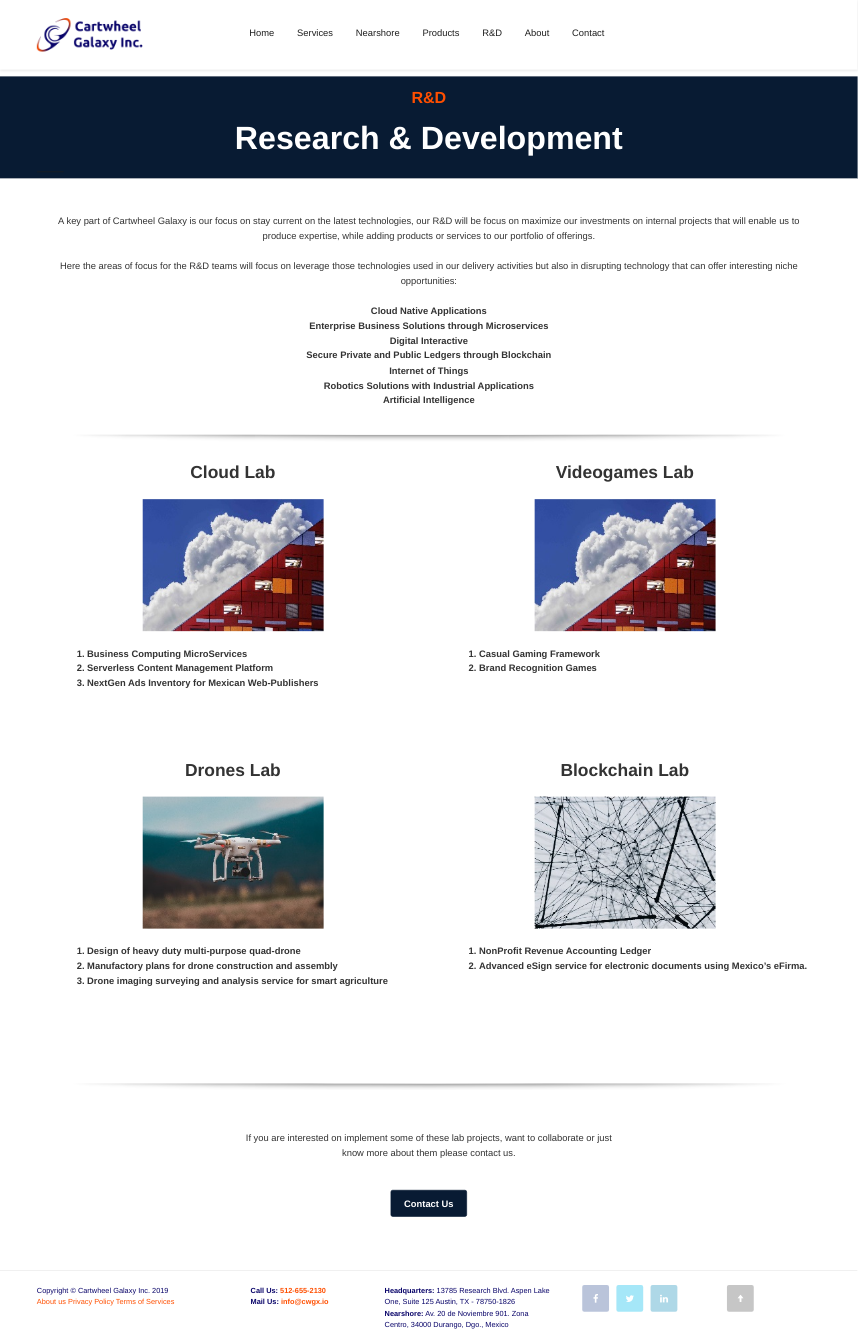
Repository: g-tecio/cwgx.io
Page: R&D.html
The author's editor kept a record of every edit. The page is drawn from the files as they stood at one moment, then again after the next edit.
The browser window is 1280 px wide. The pictures show the whole page, at 67% of full size.

Above is the page before.

### R&D.html
<!doctype html>
<html>

<head>
	<meta charset="utf-8">
	<title>Research & Development</title>
	<meta name="keywords" content="HTML5 Template">
	<meta name="description" content="CartWheel Galaxy Inc.">
	<meta name="author" content="itembridge.com">
	<meta class="viewport" name="viewport" content="width=device-width, initial-scale=1.0">
	<meta http-equiv="X-UA-Compatible" content="IE=edge">

	<!-- Favicon -->
	<link rel="shortcut icon" href="img/favicon.png">

	<!-- Font -->
	<link rel='stylesheet' href='http://fonts.googleapis.com/css?family=Arimo:400,700,400italic,700italic'>

	<!-- Plugins CSS -->
	<link rel="stylesheet" href="css/bootstrap.css">
	<link rel="stylesheet" href="css/font-awesome.min.css">
	<link rel="stylesheet" href="css/jslider.css">
	<link rel="stylesheet" href="css/revslider/settings.css">
	<link rel="stylesheet" href="css/jquery.fancybox.css">
	<link rel="stylesheet" href="css/animate.css">
	<link rel="stylesheet" href="css/video-js.min.css">
	<link rel="stylesheet" href="css/morris.css">
	<link rel="stylesheet" href="css/royalslider/royalslider.css">
	<link rel="stylesheet" href="css/royalslider/skins/minimal-white/rs-minimal-white.css">
	<link rel="stylesheet" href="css/layerslider/css/layerslider.css">
	<link rel="stylesheet" href="css/ladda.min.css">
	<link rel="stylesheet" href="css/datepicker.css">
	<link rel="stylesheet" href="css/jquery.scrollbar.css">

	<!-- Theme CSS -->
	<link rel="stylesheet" href="css/style.css">

	<!-- Custom CSS -->
	<link rel="stylesheet" href="css/customizer/pages.css">
	<link rel="stylesheet" href="css/customizer/pages-pages-customizer.css">

	<!-- IE Styles-->
	<link rel='stylesheet' href="css/ie/ie.css">

	<!--[if lt IE 9]>
    <script src="https://oss.maxcdn.com/libs/html5shiv/3.7.0/html5shiv.js"></script>
    <script src="https://oss.maxcdn.com/libs/respond.js/1.4.2/respond.min.js"></script>
		<link rel='stylesheet' href="css/ie/ie8.css">
  <![endif]-->
</head>

<body class="fixed-header">
	<div class="page-box">
		<div class="page-box-content">
<header class="header header-two">
				<div class="header-wrapper">
					<div class="container">
						<div class="row">
							<div class="col-xs-6 col-md-2 col-lg-3 logo-box">
								<div class="logo">
									<a href="index.html">
			    <img src="img/cwgx40.png" class="logo-img" alt="">
			</a>
								</div>
							</div>
							<!-- .logo-box -->
							<div class="col-xs-6 col-md-10 col-lg-9 right-box">
								<div class="right-box-wrapper">
									<div class="header-icons">
									</div>
									<!-- .header-icons -->

									<div class="primary">
										<div class="navbar navbar-default" role="navigation">
											<button type="button" class="navbar-toggle btn-navbar collapsed" data-toggle="collapse" data-target=".primary .navbar-collapse">
				  <span class="text">Menu</span>
				  <span class="icon-bar"></span>
				  <span class="icon-bar"></span>
				  <span class="icon-bar"></span>
				</button>
											<div class="primary">
												<nav class="collapse collapsing navbar-collapse">
													<ul class="nav navbar-nav navbar-center">
														<li class="item-primary item-bg">
															<a href="index.html">Home</a>
														</li>
														<li class="item-primary item-bg">
															<a href="services.html">Services</a>
														</li>
														<li class="item-primary item-bg">
															<a href="nearshore.html">Nearshore</a>
														</li>
														<li class="item-primary item-bg">
															<a href="products.html">Products</a>
														</li>
														<li class="item-primary item-bg">
															<a href="R&D.html">R&D</a>
														</li>
														<li class="item-primary item-bg">
															<a href="about-us.html">About</a>
														</li>
														<li class="item-primary item-bg">
															<a href="contact.html">Contact</a>
														</li>
													</ul>
												</nav>
											</div>
										</div>
										<!-- .primary -->
									</div>
								</div>
							</div>
							<!--.row -->
						</div>
					</div>
					<!-- .header-wrapper -->
			</header>
			<!-- .header -->

			<header class="page-header">
				<div class="container">
					<h1 class="title">R&D</h1>
					<h2 class="subtitle">Research & Development</h2>
				</div>
			</header>

			<div class="container">
				<div class="col-sm-12 col-md-12 contact-info" style="text-align:center">
					<p>A key part of Cartwheel Galaxy is our focus on stay current on the latest technologies, our R&D will be focus on maximize our investments on internal projects that will enable us to produce expertise, while adding products or services to our portfolio
						of offerings.</p>
					<p>Here the areas of focus for the R&D teams will focus on leverage those technologies used in our delivery activities but also in disrupting technology that can offer interesting niche opportunities:</p>
					<div style=" font-weight:700">
						Cloud Native Applications<br> Enterprise Business Solutions through Microservices<br> Digital Interactive<br> Secure Private and Public Ledgers through Blockchain<br> Internet of Things<br> Robotics Solutions with Industrial Applications<br> Artificial
						Intelligence
						<br>
					</div>
				</div>

				<div class="row">

					<article class="content col-sm-12 col-md-12">
						<hr class="shadow">
						<div class="col-sm-6 col-md-6  bottom-padding">
							<h4 style="text-align:center">Cloud Lab</h4>
							<a href="#" class="banner">
								<img class="" src="img/cloudComputingRes.jpg" width="270" height="197" alt="">
	  						</a>
							<p></p><div style=" font-weight:700">
								<ol>
									<li>Business Computing MicroServices</li>
									<li>Serverless Content Management Platform</li>
									<li>NextGen Ads Inventory for Mexican Web-Publishers</li>
								</ol>
							</div>
						</div>
						<div class="col-sm-6 col-md-6 bottom-padding">
							<h4 style="text-align:center">Videogames Lab</h4>
							<a href="mobile-games.html" class="banner">
								<img class="" src="img/cloudComputingRes.jpg" width="270" height="197" alt="">
	  						</a>
							<p></p><div style=" font-weight:700">
								<ol>
									<li>Casual Gaming Framework</li>
									<li>Brand Recognition Games</li>
								</ol>
							</div>
						</div>
					</article>
					<article class="content col-sm-12 col-md-12">
						<div class="col-sm-6 col-md-6 bottom-padding">
							<h4 style="text-align:center">Drones Lab</h4>
							<a href="#" class="banner">
								<img class="" src="img/droneRes.jpg" width="270" height="197" alt="">
	  						</a>
							<p></p><div style=" font-weight:700">
								<ol>
									<li>Design of heavy duty multi-purpose quad-drone</li>
									<li>Manufactory plans for drone construction and assembly</li>
									<li>Drone imaging surveying and analysis service for smart agriculture</li>
								</ol>
							</div>
						</div>

						<div class="col-sm-6 col-md-6 bottom-padding">
							<h4 style="text-align:center">Blockchain Lab</h4>
							<a href="#" class="banner">
								<img class="" src="img/blockchainRes.jpg" width="270" height="197" alt="">
	  						</a>
							<p></p><div style=" font-weight:700">
								<ol>
									<li>NonProfit Revenue Accounting Ledger</li>
									<li>Advanced eSign service for electronic documents using Mexico’s eFirma.</li>
								</ol>
							</div>
						</div>
					</article>
				</div>
				<hr class="shadow">
				<div class="col-sm-12 col-md-6 col-md-offset-3 contact-info bottom-padding" style="text-align:center">
					<p>If you are interested on implement some of these lab projects, want to collaborate or just know more about them please contact us. </p><br>
					<a href="contact.html" class="btn btn-default background-color:#081B33">Contact Us</a>
					</a>
				</div>


			</div>
			<!-- .container -->


			</div>
			<!-- .page-box-content -->
		</div>
		<!-- .page-box -->
<footer id="footer">
			<!-- .footer-top -->
			<div class="footer-bottom">
				<div class="container">
					<div class="row">
						<div class="copyright col-xs-12 col-sm-3 col-md-3">
							Copyright © Cartwheel Galaxy Inc. 2019<br>
							<a href="about-us.html"><span style="color:#ff4f00"> About us </span></a>
							<a href="privacy.html"><span style="color:#ff4f00"> Privacy Policy </span></a>
							<a href="terms.html"><span style="color:#ff4f00"> Terms of Services</a>
						</div>

						<div class="phone col-xs-6 col-sm-2 col-md-2">
							<strong class="title">Call Us: <span style="color:#ff4f00">512-655-2130</span></strong><br>
							<strong class="title">Mail Us: <a href="mailto:info@cwgx.io"><span style="color:#ff4f00">info@cwgx.io</span></a></strong>
						</div>

						<div class="address col-xs-6 col-sm-3 col-md-3">
							<div>
								<strong>Headquarters:</strong> 13785 Research Blvd. Aspen Lake One, Suite 125 Austin, TX - 78750-1826<br>
								<strong>Nearshore:</strong> Av. 20 de Noviembre 901. Zona Centro, 34000 Durango, Dgo., Mexico
							</div>

						</div>
						<aside class="col-xs-12 col-sm-2 col-md-2 widget social" style="text-align:center;">
							<div class="social-list">
								<a class="icon rounded icon-facebook" href="https://www.facebook.com/cwgxio/"><i class="fa fa-facebook"></i></a>
								<a class="icon rounded icon-twitter" href="https://twitter.com/cwgxio?lang=en"><i class="fa fa-twitter"></i></a>
								<a class="icon rounded icon-linkedin" href="https://www.linkedin.com/company/cwgx/"><i class="fa fa-linkedin"></i></a>
							</div>
						</aside>
						<div class="col-xs-12 col-sm-1 col-md-1">
							<a href="#" class="up">
			<span class="glyphicon glyphicon-arrow-up"></span>
		  </a>
						</div>
					</div>
				</div>
			</div>
	</div>
	<!-- .footer-bottom -->
	</footer>
		<div class="clearfix"></div>

		<!--[if (!IE)|(gt IE 8)]><!-->
		<script src="js/jquery-3.0.0.min.js"></script>
		<!--<![endif]-->

		<!--[if lte IE 8]>
  <script src="js/jquery-1.9.1.min.js"></script>
<![endif]-->
		<script src="js/bootstrap.min.js"></script>
		<script src="js/price-regulator/jshashtable-2.1_src.js"></script>
		<script src="js/price-regulator/jquery.numberformatter-1.2.3.js"></script>
		<script src="js/price-regulator/tmpl.js"></script>
		<script src="js/price-regulator/jquery.dependClass-0.1.js"></script>
		<script src="js/price-regulator/draggable-0.1.js"></script>
		<script src="js/price-regulator/jquery.slider.js"></script>
		<script src="js/jquery.carouFredSel-6.2.1-packed.js"></script>
		<script src="js/jquery.touchwipe.min.js"></script>
		<script src="js/jquery.elevateZoom-3.0.8.min.js"></script>
		<script src="js/jquery.imagesloaded.min.js"></script>
		<script src="js/jquery.appear.js"></script>
		<script src="js/jquery.sparkline.min.js"></script>
		<script src="js/jquery.easypiechart.min.js"></script>
		<script src="js/jquery.easing.1.3.js"></script>
		<script src="js/jquery.fancybox.pack.js"></script>
		<script src="js/isotope.pkgd.min.js"></script>
		<script src="js/jquery.knob.js"></script>
		<script src="js/jquery.selectBox.min.js"></script>
		<script src="js/jquery.royalslider.min.js"></script>
		<script src="js/jquery.tubular.1.0.js"></script>
		<script src="js/SmoothScroll.js"></script>
		<script src="js/country.js"></script>
		<script src="js/spin.min.js"></script>
		<script src="js/ladda.min.js"></script>
		<script src="js/masonry.pkgd.min.js"></script>
		<script src="js/morris.min.js"></script>
		<script src="js/raphael.min.js"></script>
		<script src="js/video.js"></script>
		<script src="js/pixastic.custom.js"></script>
		<script src="js/livicons-1.4.min.js"></script>
		<script src="js/layerslider/greensock.js"></script>
		<script src="js/layerslider/layerslider.transitions.js"></script>
		<script src="js/layerslider/layerslider.kreaturamedia.jquery.js"></script>
		<script src="js/revolution/jquery.themepunch.tools.min.js"></script>
		<script src="js/revolution/jquery.themepunch.revolution.min.js"></script>
		<!-- SLIDER REVOLUTION 5.0 EXTENSIONS
	(Load Extensions only on Local File Systems !
	The following part can be removed on Server for On Demand Loading) -->
		<script src="js/revolution/extensions/revolution.extension.actions.min.js"></script>
		<script src="js/revolution/extensions/revolution.extension.carousel.min.js"></script>
		<script src="js/revolution/extensions/revolution.extension.kenburn.min.js"></script>
		<script src="js/revolution/extensions/revolution.extension.layeranimation.min.js"></script>
		<script src="js/revolution/extensions/revolution.extension.migration.min.js"></script>
		<script src="js/revolution/extensions/revolution.extension.navigation.min.js"></script>
		<script src="js/revolution/extensions/revolution.extension.parallax.min.js"></script>
		<script src="js/revolution/extensions/revolution.extension.slideanims.min.js"></script>
		<script src="js/revolution/extensions/revolution.extension.video.min.js"></script>
		<script src="js/bootstrapValidator.min.js"></script>
		<script src="js/bootstrap-datepicker.js"></script>
		<script src="js/jplayer/jquery.jplayer.min.js"></script>
		<script src="js/jplayer/jplayer.playlist.min.js"></script>
		<script src="js/jquery.scrollbar.min.js"></script>
		<script src="js/main.js"></script>

</body>

</html>

### css/jslider.css

  .jslider .jslider-bg i,
  .jslider .jslider-pointer { background: url(../img/jslider.png) no-repeat 0 0; }

  .jslider { display: block; width: 100%; height: 1em; position: relative; top: 0.6em; font-family: Arial, sans-serif; }
  .jslider table { width: 100%; border-collapse: collapse; border: 0; }
  .jslider td, .jslider th { padding: 0; vertical-align: top; text-align: left; border: 0; }

  .jslider table,
  .jslider table tr,
  .jslider table tr td { width: 100%; vertical-align: top; }

  .jslider .jslider-bg { position: relative; }
  .jslider .jslider-bg i { height: 5px; position: absolute; font-size: 0; top: 0; }
  .jslider .jslider-bg .l { width: 10%; background-position: 0 0; left: 0; }
  .jslider .jslider-bg .f { width: 80%; left: 10%; background-repeat: repeat-x; background-position: 0 -20px; }
  .jslider .jslider-bg .r { width: 10%; left: 90%; background-position: right 0; }
  .jslider .jslider-bg .v { position: absolute; width: 60%; left: 20%; top: 0; height: 5px; background-repeat: repeat-x; background-position: 0 -40px; }

  .jslider .jslider-pointer { width: 13px; height: 15px; background-position: 0 -60px; position: absolute; left: 20%; top: -4px; margin-left: -6px; cursor: pointer; cursor: hand; }
  .jslider .jslider-pointer-hover { background-position: -20px -60px; }
  .jslider .jslider-pointer-to { left: 80%; }

  .jslider .jslider-label { font-size: 9px; line-height: 12px; color: black; opacity: 0.4; white-space: nowrap; padding: 0px 2px; position: absolute; top: -18px; left: 0px; }
  .jslider .jslider-label-to { left: auto; right: 0; }

  .jslider .jslider-value { font-size: 9px; white-space: nowrap; padding: 1px 2px 0; position: absolute; top: -19px; left: 20%; background: white; line-height: 12px; -moz-border-radius: 2px; -webkit-border-radius: 2px; -o-border-radius: 2px; border-radius: 2px; }
  .jslider .jslider-value-to { left: 80%; }

  .jslider .jslider-label small,
  .jslider .jslider-value small { position: relative; top: -0.4em; }

  .jslider .jslider-scale { position: relative; top: 9px; }
  .jslider .jslider-scale span { position: absolute; height: 5px; border-left: 1px solid #999; font-size: 0; }
  .jslider .jslider-scale ins { font-size: 9px; text-decoration: none; position: absolute; left: 0px; top: 5px; color: #999; }

  .jslider-single .jslider-pointer-to,
  .jslider-single .jslider-value-to,
  .jslider-single .jslider-bg .v,
  .jslider-limitless .jslider-label { display: none; }

### css/royalslider/royalslider.css
/* v1.0.6 */
/* Core RS CSS file. 95% of time you shouldn't change anything here. */
.royalSlider {
	width: 600px;
	height: 400px;
	position: relative;
	direction: ltr;
}
.royalSlider > * {
	float: left;
}

.rsWebkit3d .rsSlide,
.rsWebkit3d .rsContainer,
.rsWebkit3d .rsThumbs,
.rsWebkit3d .rsPreloader,
.rsWebkit3d img,
.rsWebkit3d .rsOverflow,
.rsWebkit3d .rsBtnCenterer,
.rsWebkit3d .rsAbsoluteEl,
.rsWebkit3d .rsABlock,
.rsWebkit3d .rsLink {
	-webkit-backface-visibility: hidden;
}
.rsFade.rsWebkit3d .rsSlide,
.rsFade.rsWebkit3d img,
.rsFade.rsWebkit3d .rsContainer {
    -webkit-transform: none;
}
.rsOverflow {
	width: 100%;
	height: 100%;
	position: relative;
	overflow: hidden;
	float: left;
	-webkit-tap-highlight-color:rgba(0,0,0,0);
}
.rsVisibleNearbyWrap {
	width: 100%;
	height: 100%;
	position: relative;
	overflow: hidden;
	left: 0;
	top: 0;
	-webkit-tap-highlight-color:rgba(0,0,0,0);
}
.rsVisibleNearbyWrap .rsOverflow {
	position: absolute;
	left: 0;
	top: 0;

}
.rsContainer {
	position: relative;
	width: 100%;
	height: 100%;
	-webkit-tap-highlight-color:rgba(0,0,0,0);
}

.rsArrow,
.rsThumbsArrow {
	cursor: pointer;
}

.rsThumb {
	float: left;
	position: relative;
}


.rsArrow,
.rsNav,
.rsThumbsArrow {
	opacity: 1;
	-webkit-transition:opacity 0.3s linear;
	-moz-transition:opacity 0.3s linear;
	-o-transition:opacity 0.3s linear;
	transition:opacity 0.3s linear;
}
.rsHidden {
	opacity: 0;
	visibility: hidden;
	-webkit-transition:visibility 0s linear 0.3s,opacity 0.3s linear;
	-moz-transition:visibility 0s linear 0.3s,opacity 0.3s linear;
	-o-transition:visibility 0s linear 0.3s,opacity 0.3s linear;
	transition:visibility 0s linear 0.3s,opacity 0.3s linear;
}


.rsGCaption {
	width: 100%;
	float: left;
	text-align: center;
}

/* Fullscreen options, very important ^^ */
.royalSlider.rsFullscreen {
	position: fixed !important;
	height: auto !important;
	width: auto !important;
	margin: 0 !important;
	padding: 0 !important;
	z-index: 2147483647 !important;
	top: 0 !important;
	left: 0 !important;
	bottom: 0 !important;
	right: 0 !important;
}

.royalSlider .rsSlide.rsFakePreloader {
	opacity: 1 !important;
	-webkit-transition: 0s;
	-moz-transition: 0s;
	-o-transition:  0s;
	transition:  0s;
	display: none;
}

.rsSlide {
	position: absolute;
	left: 0;
	top: 0;
	display: block;
	overflow: hidden;

	height: 100%;
	width: 100%;
}

.royalSlider.rsAutoHeight,
.rsAutoHeight .rsSlide {
	height: auto;
}

.rsContent {
	width: 100%;
	height: 100%;
	position: relative;
}

.rsPreloader {
	position:absolute;
	z-index: 0;
}

.rsNav {
	-moz-user-select: -moz-none;
	-webkit-user-select: none;
	user-select: none;
}
.rsNavItem {
	-webkit-tap-highlight-color:rgba(0,0,0,0.25);
}

.rsThumbs {
	cursor: pointer;
	position: relative;
	overflow: hidden;
	float: left;
	z-index: 22;
}
.rsTabs {
	float: left;
	background: none !important;
}
.rsTabs,
.rsThumbs {
	-webkit-tap-highlight-color:rgba(0,0,0,0);
	-webkit-tap-highlight-color:rgba(0,0,0,0);
}


.rsVideoContainer {
	width: auto;
	height: auto;
	line-height: 0;
	position: relative;
}
.rsVideoFrameHolder {
	position: absolute;
	left: 0;
	top: 0;
	background: #141414;
	opacity: 0;
	-webkit-transition: .3s;
}
.rsVideoFrameHolder.rsVideoActive {
	opacity: 1;
}
.rsVideoContainer iframe,
.rsVideoContainer video,
.rsVideoContainer embed,
.rsVideoContainer .rsVideoObj {
	position: absolute;
	z-index: 50;
	left: 0;
	top: 0;
	width: 100%;
	height: 100%;
}
/* ios controls over video bug, shifting video */
.rsVideoContainer.rsIOSVideo iframe,
.rsVideoContainer.rsIOSVideo video,
.rsVideoContainer.rsIOSVideo embed {
	-webkit-box-sizing: border-box;
	-moz-box-sizing: border-box;
	box-sizing: border-box;
	padding-right: 44px;
}

.rsABlock {
	left: 0;
	top: 0;
	position: absolute;
	z-index: 15;

}

img.rsImg {
	max-width: none;
}

.grab-cursor {
	cursor:url(grab.png) 8 8, move;
}

.grabbing-cursor{
	cursor:url(grabbing.png) 8 8, move;
}

.rsNoDrag {
	cursor: auto;
}

.rsLink {
	left:0;
	top:0;
	position:absolute;
	width:100%;
	height:100%;
	display:block;
	z-index: 20;
	background: url(blank.gif);
}

### css/ie/ie.css
@charset "utf-8";

.ie .rotation .default,
.ie .rotation .product-hover {
  backface-visibility: hidden;
}
.ie .rotation .default {
  z-index: 24;
}
.progress[data-appear-progress-animation] .progress-bar {
  animation-duration: 8s;
}

Loaded but not shown: css/bootstrap.css (library); css/font-awesome.min.css (library); css/jquery.fancybox.css (library); css/animate.css (library); css/video-js.min.css (library); css/morris.css (common file); css/ladda.min.css (library); css/jquery.scrollbar.css (library); css/style.css (library); js/jquery-3.0.0.min.js (library); js/bootstrap.min.js (library); js/price-regulator/jquery.numberformatter-1.2.3.js (library); js/price-regulator/jquery.dependClass-0.1.js (common file); js/price-regulator/jquery.slider.js (library); js/jquery.carouFredSel-6.2.1-packed.js (library); js/jquery.touchwipe.min.js (common file); js/jquery.elevateZoom-3.0.8.min.js (library); js/jquery.imagesloaded.min.js (common file); js/jquery.appear.js (library); js/jquery.sparkline.min.js (library); js/jquery.easypiechart.min.js (library); js/jquery.easing.1.3.js (library); js/jquery.fancybox.pack.js (library); js/isotope.pkgd.min.js (library); js/jquery.knob.js (library); js/jquery.selectBox.min.js (library); js/jquery.royalslider.min.js (library); js/jquery.tubular.1.0.js (library); js/spin.min.js (library); js/ladda.min.js (common file); js/masonry.pkgd.min.js (library); js/morris.min.js (library); js/raphael.min.js (library); js/video.js (library); js/livicons-1.4.min.js (library); js/layerslider/greensock.js (library); js/layerslider/layerslider.transitions.js (library); js/layerslider/layerslider.kreaturamedia.jquery.js (library); js/revolution/jquery.themepunch.tools.min.js (library); js/revolution/jquery.themepunch.revolution.min.js (library); js/revolution/extensions/revolution.extension.actions.min.js (library); js/revolution/extensions/revolution.extension.carousel.min.js (library); js/revolution/extensions/revolution.extension.kenburn.min.js (library); js/revolution/extensions/revolution.extension.layeranimation.min.js (library); js/revolution/extensions/revolution.extension.migration.min.js (library); js/revolution/extensions/revolution.extension.navigation.min.js (library); js/revolution/extensions/revolution.extension.parallax.min.js (library); js/revolution/extensions/revolution.extension.slideanims.min.js (library); js/revolution/extensions/revolution.extension.video.min.js (library); js/bootstrapValidator.min.js (library); js/bootstrap-datepicker.js (library); js/jplayer/jquery.jplayer.min.js (library); js/jplayer/jplayer.playlist.min.js (library); js/jquery.scrollbar.min.js (library); js/main.js (2432 lines, source omitted); js/SmoothScroll.js (535 lines, source omitted); js/pixastic.custom.js (73 lines, source omitted); js/price-regulator/jshashtable-2.1_src.js (370 lines, source omitted); js/country.js (230 lines, source omitted); js/price-regulator/draggable-0.1.js (196 lines, source omitted); js/price-regulator/tmpl.js (35 lines, source omitted); css/revslider/settings.css (1131 lines, source omitted); css/customizer/pages.css (255 lines, source omitted); css/datepicker.css (478 lines, source omitted); css/layerslider/css/layerslider.css (895 lines, source omitted); css/royalslider/skins/minimal-white/rs-minimal-white.css (449 lines, source omitted); css/customizer/pages-pages-customizer.css (203 lines, source omitted)

After the next edit:
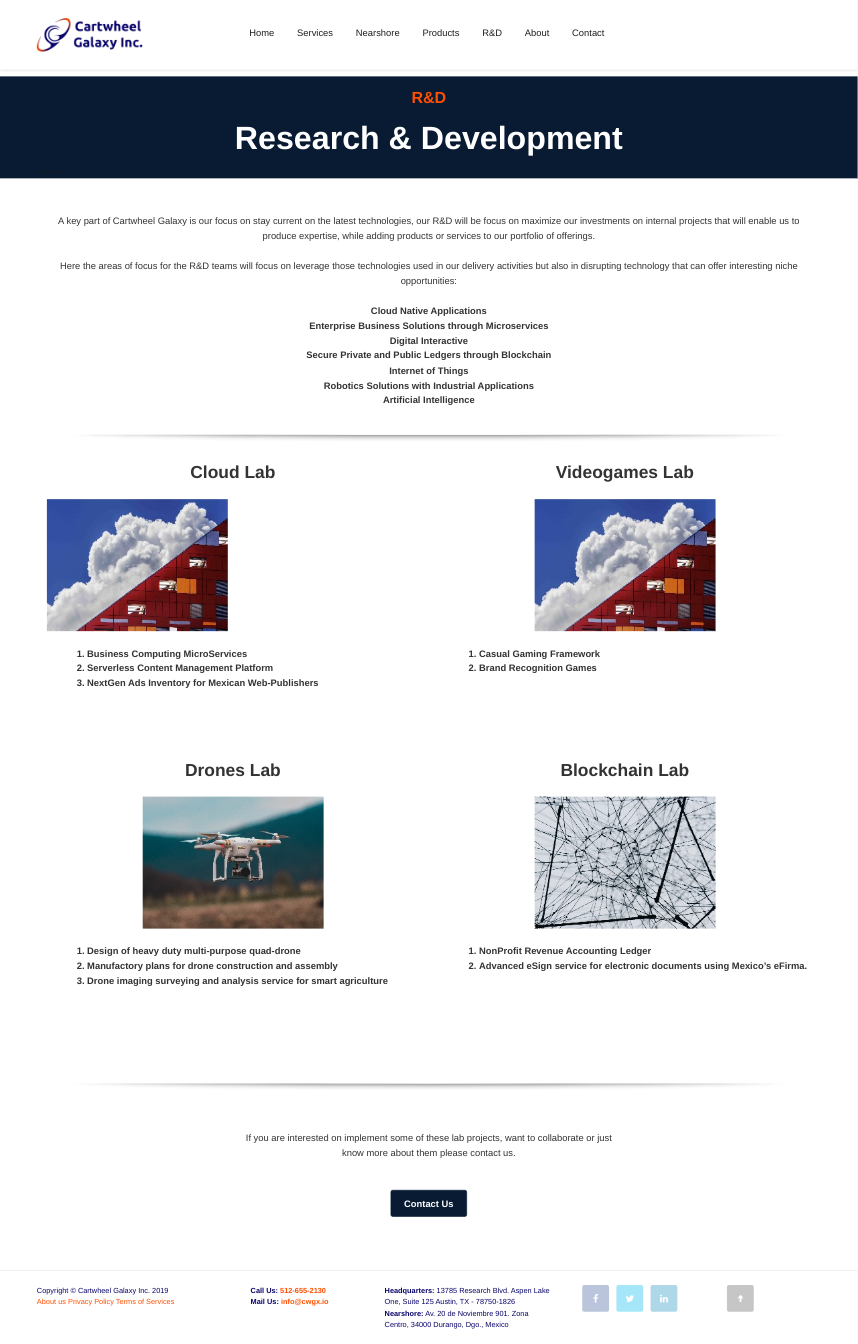
The edit:
--- a/R&D.html
+++ b/R&D.html
@@ -142,9 +142,7 @@
 						<hr class="shadow">
 						<div class="col-sm-6 col-md-6  bottom-padding">
 							<h4 style="text-align:center">Cloud Lab</h4>
-							<a href="#" class="banner">
 								<img class="" src="img/cloudComputingRes.jpg" width="270" height="197" alt="">
-	  						</a>
 							<p></p><div style=" font-weight:700">
 								<ol>
 									<li>Business Computing MicroServices</li>
